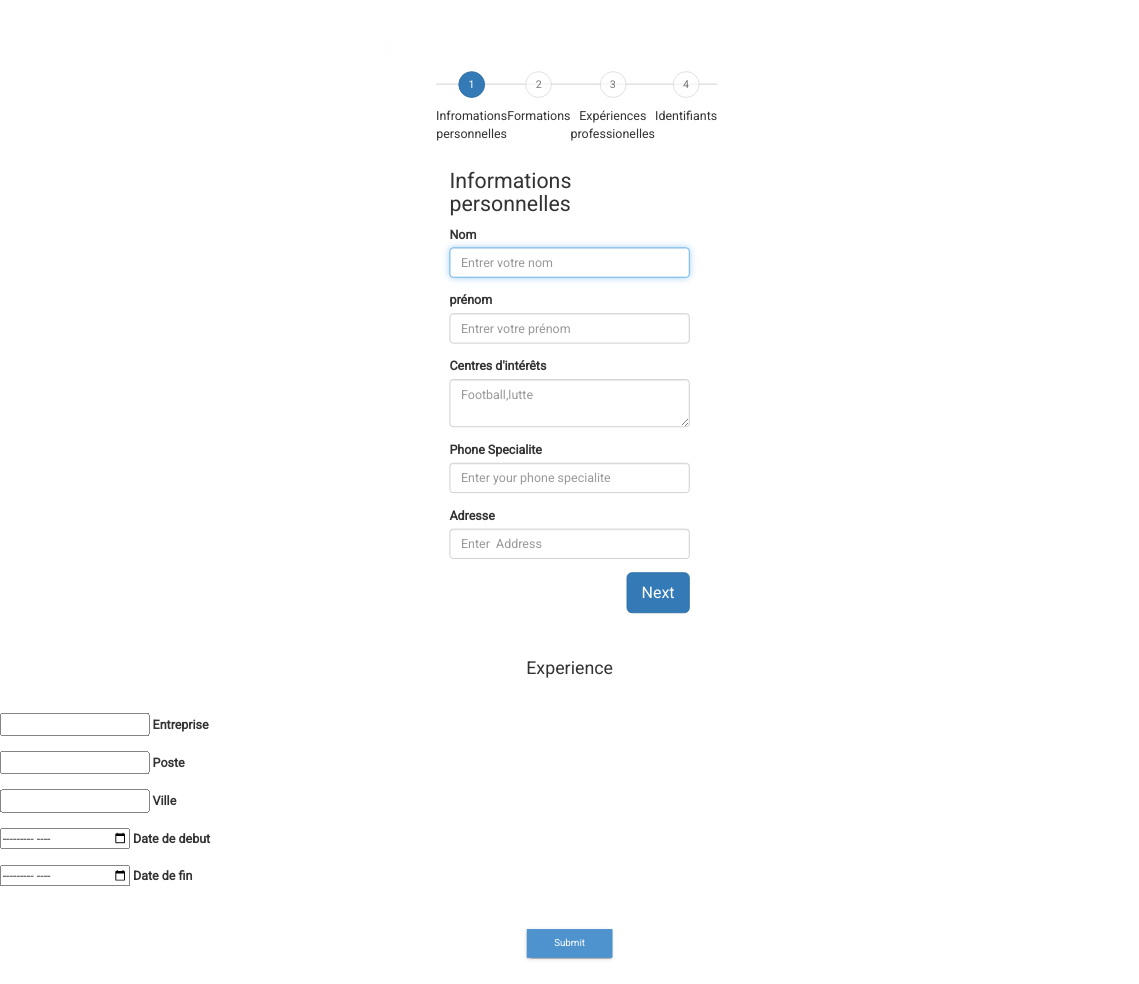
Repository: moAllElite/Examen-EJB-WEB-EAR
Page: http://localhost/SearchJobsWeb/views/inscription/addCV.jsp
An editor plug-in stored every save of this project. The page is shown before and after the next save, followed by the edit.
The browser window is 1280 px wide. The pictures show the whole page, at 89% of full size.
Some web libraries are served in a nearby version. The page is served by Tomcat 9. Nobody is signed in. The application's start-up code is not run.

Above is the page before, as saved 2023-03-28 16:15:40.

After the next save:
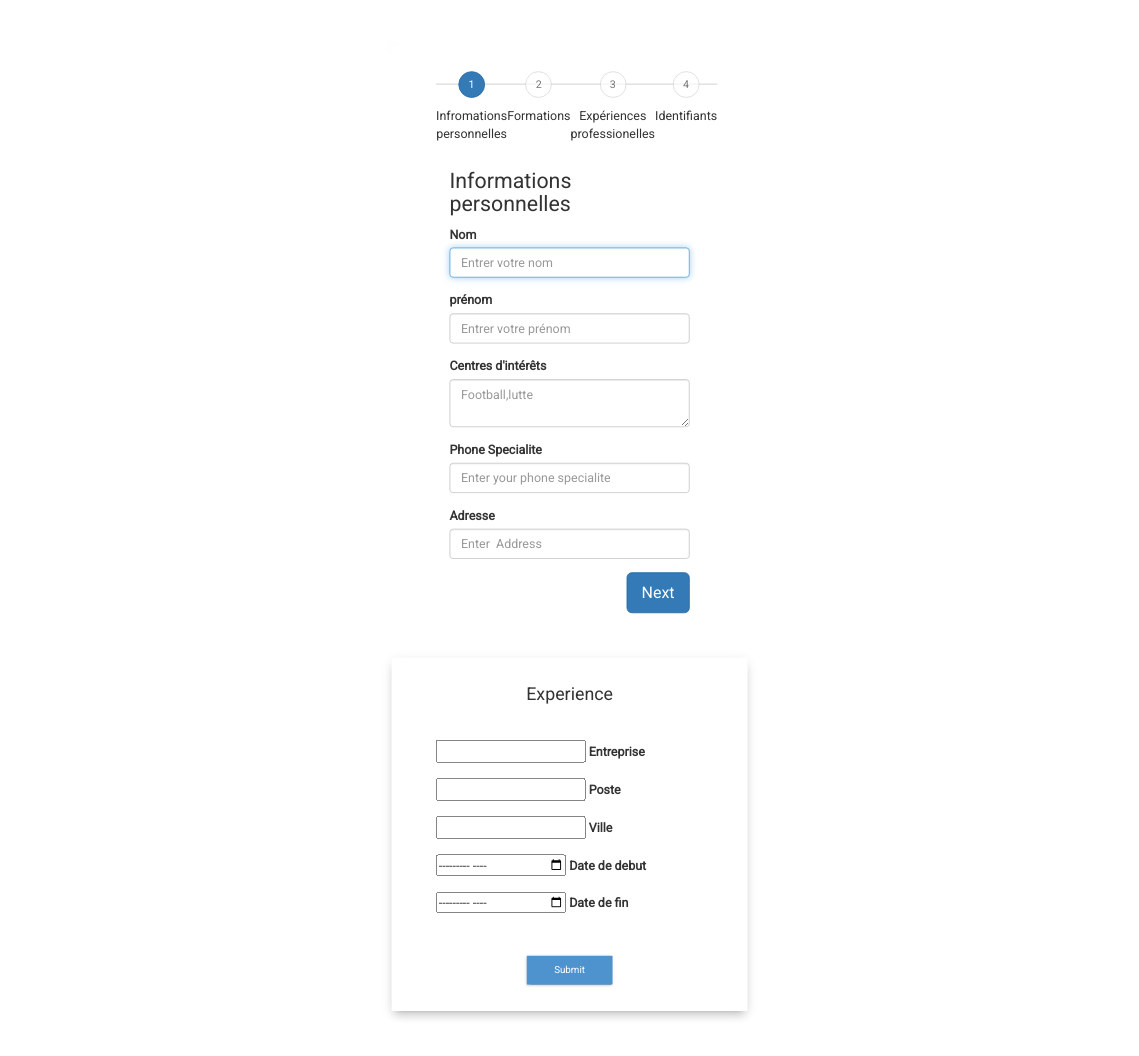
Saved 75 s later.
--- a/SearchJobsWeb/src/main/webapp/views/inscription/popup.jsp
+++ b/SearchJobsWeb/src/main/webapp/views/inscription/popup.jsp
@@ -37,7 +37,8 @@
 				</div>
 				<style>
 					@import url(https://fonts.googleapis.com/css?family=Roboto);
-body,
+					@import url(https://fonts.googleapis.com/css?family=Roboto);
+.corp,
 input,
 select,
 textarea,
@@ -68,7 +69,7 @@ body *::before {
   margin: 0 0 2em;
 }
 
-.container {
+.container-popup {
   position: relative;
   max-width: 40rem;
   margin: 5rem auto;
@@ -77,7 +78,7 @@ body *::before {
   padding: 3rem 5rem 0;
   border-radius: 1px;
 }
-.container::before {
+.container-popup::before {
   content: '';
   position: absolute;
   top: 0;
@@ -93,12 +94,12 @@ body *::before {
   transition: transform 0.28s ease-in-out, -webkit-transform 0.28s ease-in-out;
   z-index: -1;
 }
-.container:hover::before {
+.container-popup:hover::before {
   -webkit-transform: scale(1);
           transform: scale(1);
 }
 
-.button-container {
+.button-container-popup {
   text-align: center;
 }
 
@@ -451,6 +452,7 @@ fieldset {
 }
 
 
+
 				</style>
 				<script type="text/javascript" src="https://cdnjs.cloudflare.com/ajax/libs/jquery/2.1.3/jquery.min.js"></script>
 
